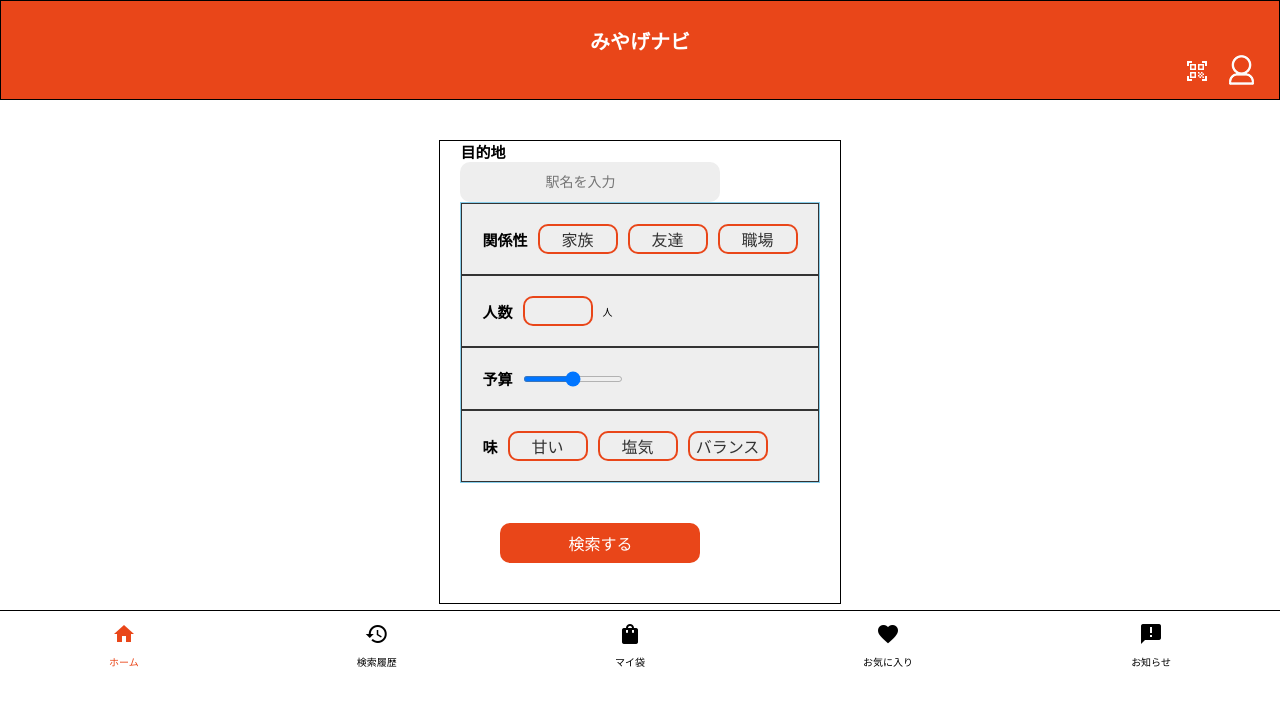
Repository: ama-ne2/miyage_nav
Page: index.html
These files come from the project's save history. The page is drawn as it stood at one moment and after the next save; the edit follows.
The browser window is 1280 px wide. The pictures show the whole page.

Above is the page before, as saved 2026-02-06 10:27:16.

After the next save:
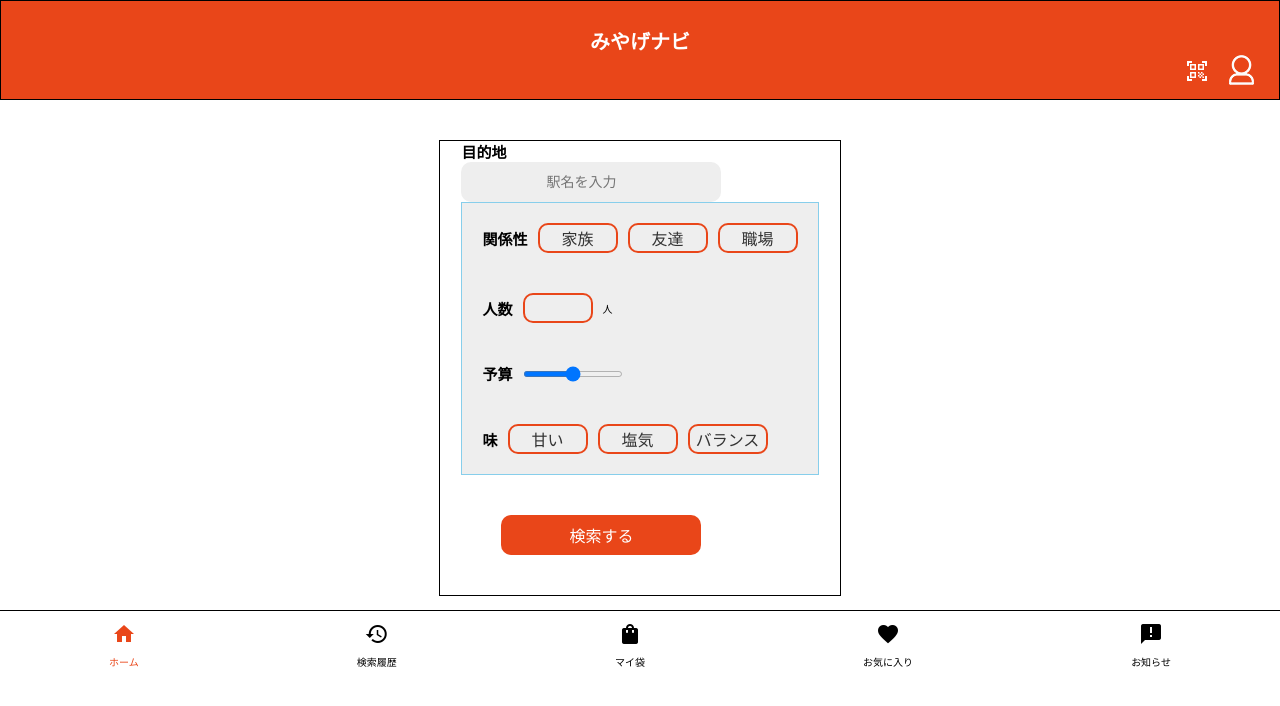
Saved 4 s later.
--- a/css/index.css
+++ b/css/index.css
@@ -84,7 +84,7 @@ input[type="range"]::-webkit-slider-thumb{
     display: flex;
     align-items: center;
     justify-content: start;
-    border: #333 solid 1px;
+    /* border: #333 solid 1px; */
     padding: 20px;
     gap: 10px;
     background-color: #EEE;
